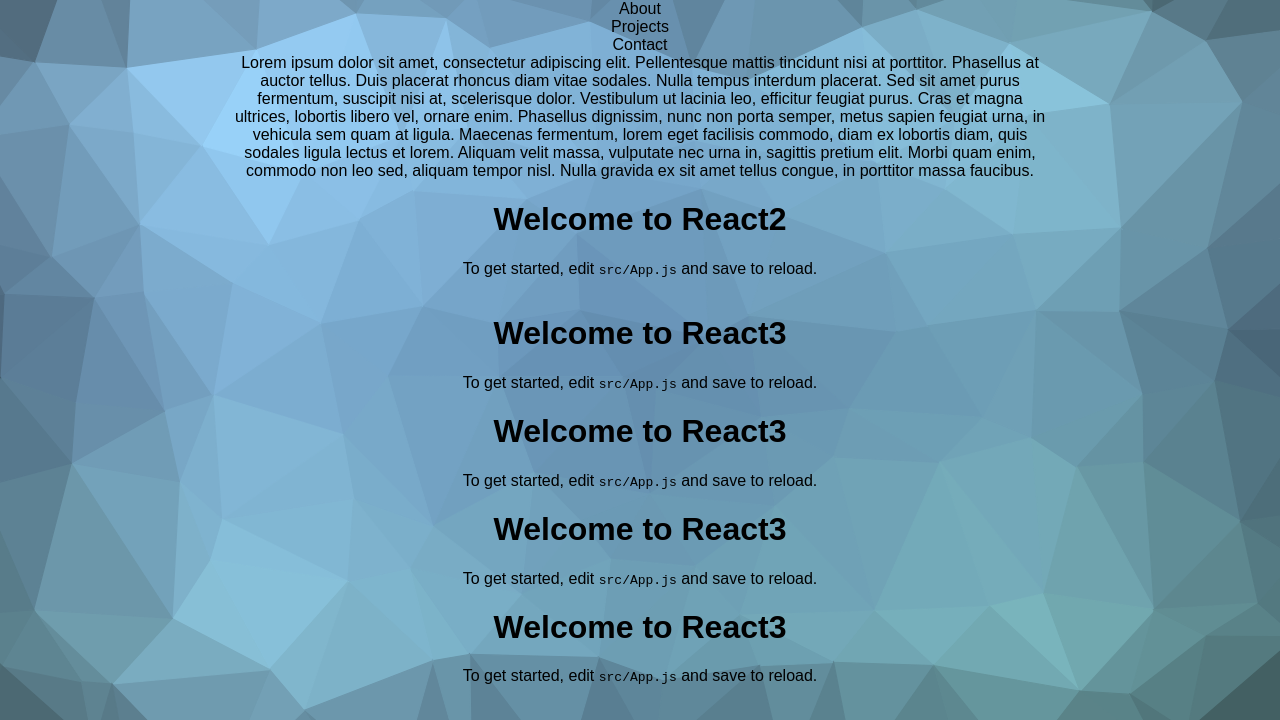
Repository: jordanCain/Education
Page: /
The author's editor kept a copy of each file at every save. The page is drawn from the files as they stood at one save, then again after the next save.
The browser window is 1280 px wide. The pictures show the whole page.
The project was rebuilt for these pictures with package versions that can differ from the ones it lists, and the page was loaded fresh each time.

Above is the page before, as saved 2018-07-16 21:42:27.

After the next save:
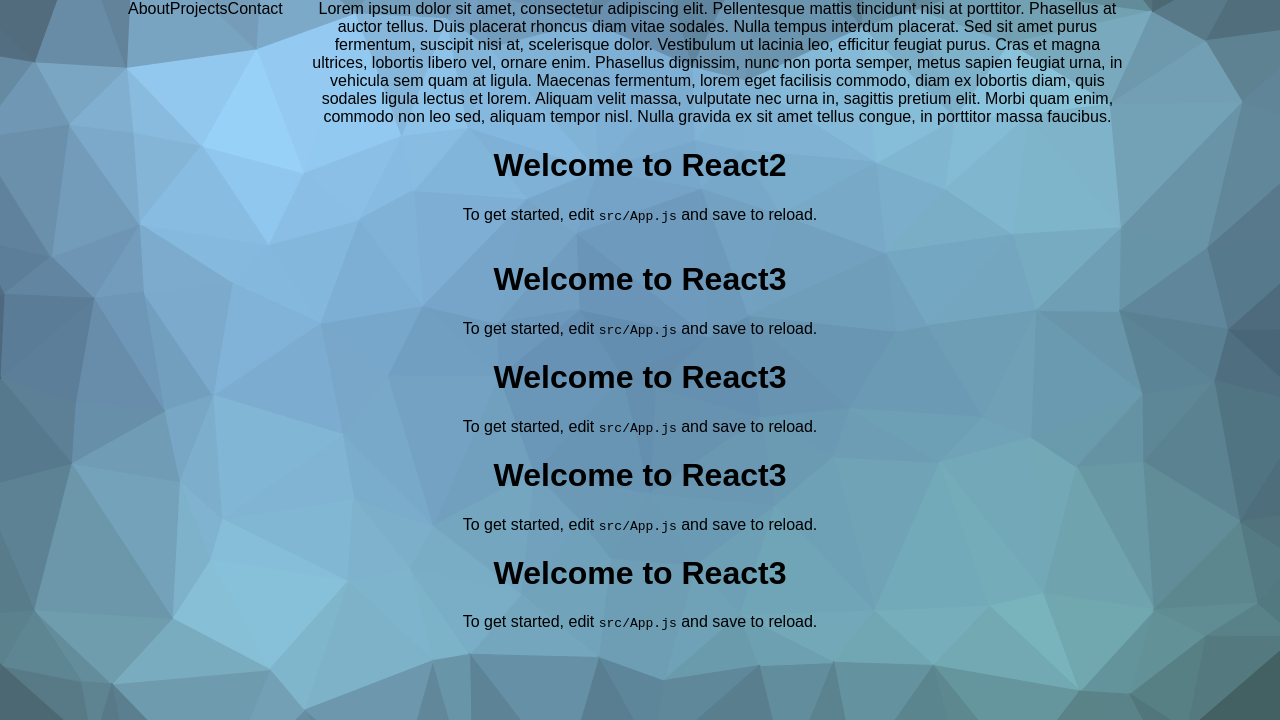
Saved 46 s later.
--- a/src/style.css
+++ b/src/style.css
@@ -11,3 +11,7 @@
   width: 80%;
   display: inline-block;
 }
+
+.menuItem {
+  float: left;
+}
